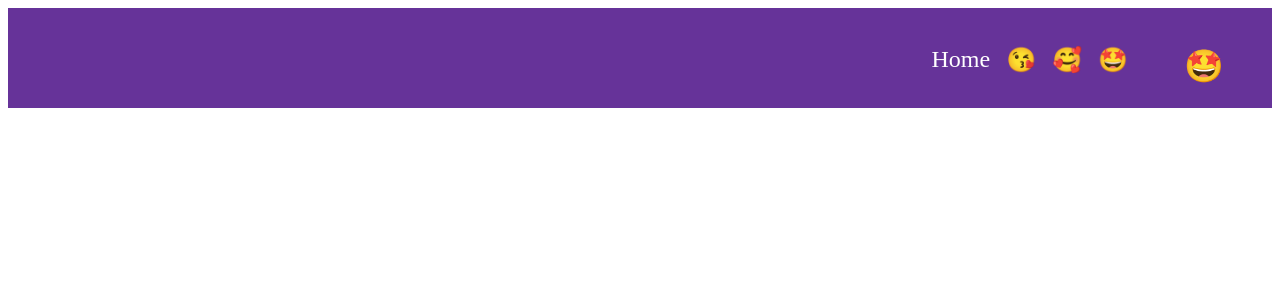
Repository: ramtoppo12/NavBar-Using-FlexBox
Page: Navbar.htm
The author's editor kept a copy of each file at every save. The page is drawn from the files as they stood at one save, then again after the next save.
The browser window is 1280 px wide. The pictures show the whole page.

Above is the page before, as saved 2020-12-12 23:33:04.

### Navbar.htm
<!DOCTYPE html>
<html lang="en">
<head>
    <meta charset="UTF-8">
    <meta name="viewport" content="width=device-width, initial-scale=1.0">
    <title>Document</title>
    <link rel="stylesheet" href="navbar.css">
</head>
<body>
    <nav>
        <ul>
            <li><a>Home</a></li>
            <li><a>😘</a></li>

            <li><a>🥰</a></li>

            <li><a>🤩</a></li>
            <li><Button>🤩</Button></li>


        </ul>
    </nav>
</body>
</html>

### navbar.css
nav {
  font-size: 1.5rem;
  background-color: rebeccapurple;
  height: 100px;
}
nav ul {
  list-style: none;
  margin: 0;
  padding: 0;
  display: flex;
  justify-content: flex-end;
}
nav ul li {
  cursor: pointer;
  padding: 0.5rem;
  color: #fff;
  margin: 30px 0;
}
nav ul li:hover {
  background-color: #555;
  color: #fff;
}
nav ul li button {
  width: 120px;
  height: 40px;
  outline: none;
  border: none;
  background-color: transparent;
  font-size: 2rem;
}

After the next save:
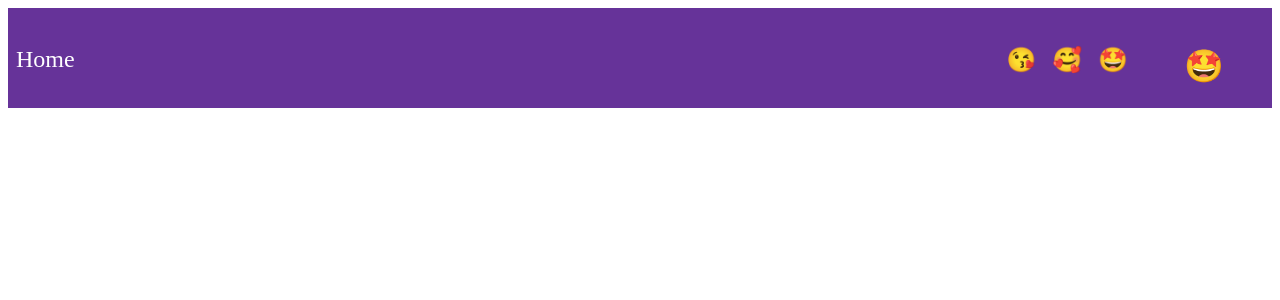
Saved 6 min 22 s later.
--- a/navbar.css
+++ b/navbar.css
@@ -28,3 +28,6 @@
   background-color: transparent;
   font-size: 2rem;
 }
+nav ul li:first-child {
+  margin-right: auto;
+}
